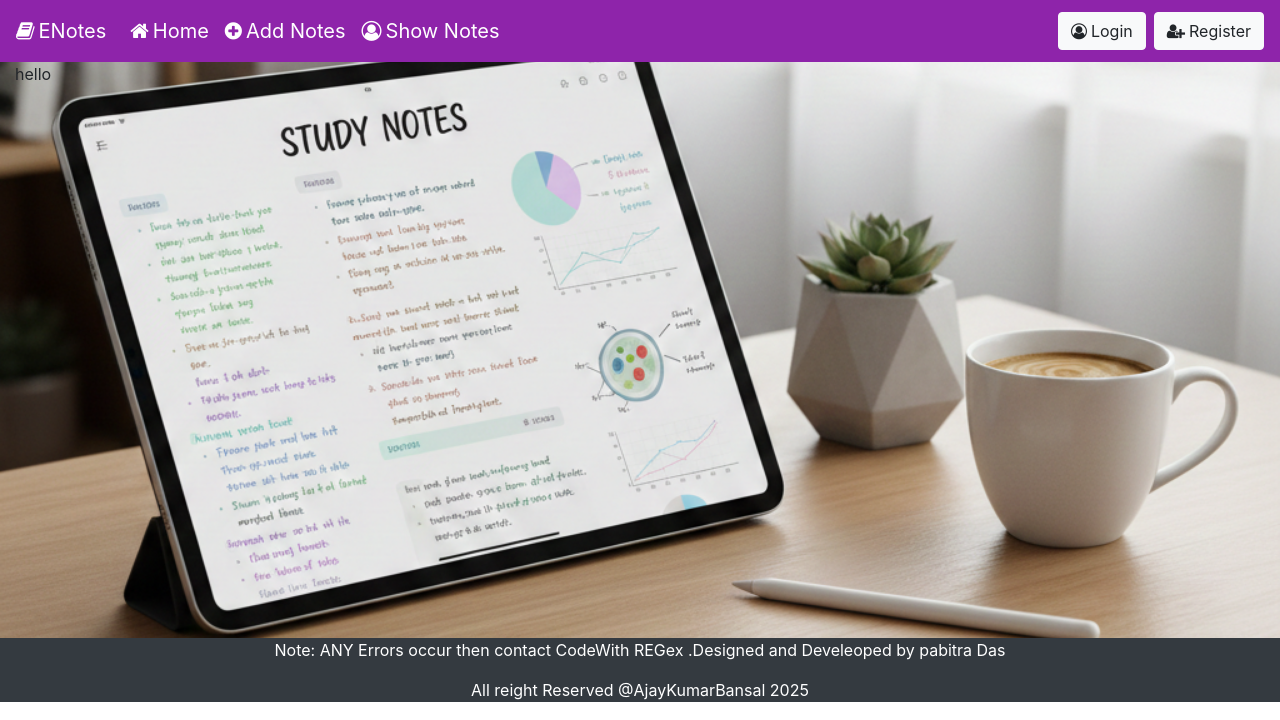
Repository: Bansal140899/eclipse-workspace
Page: http://localhost/ENotesProject/
These files come from the project's save history. The page is drawn as it stood at one moment and after the next save; the edit follows.
The browser window is 1280 px wide. The pictures show the whole page.
The page is served by Tomcat 9.

Above is the page before, as saved 2025-12-21 21:23:26.

After the next save:
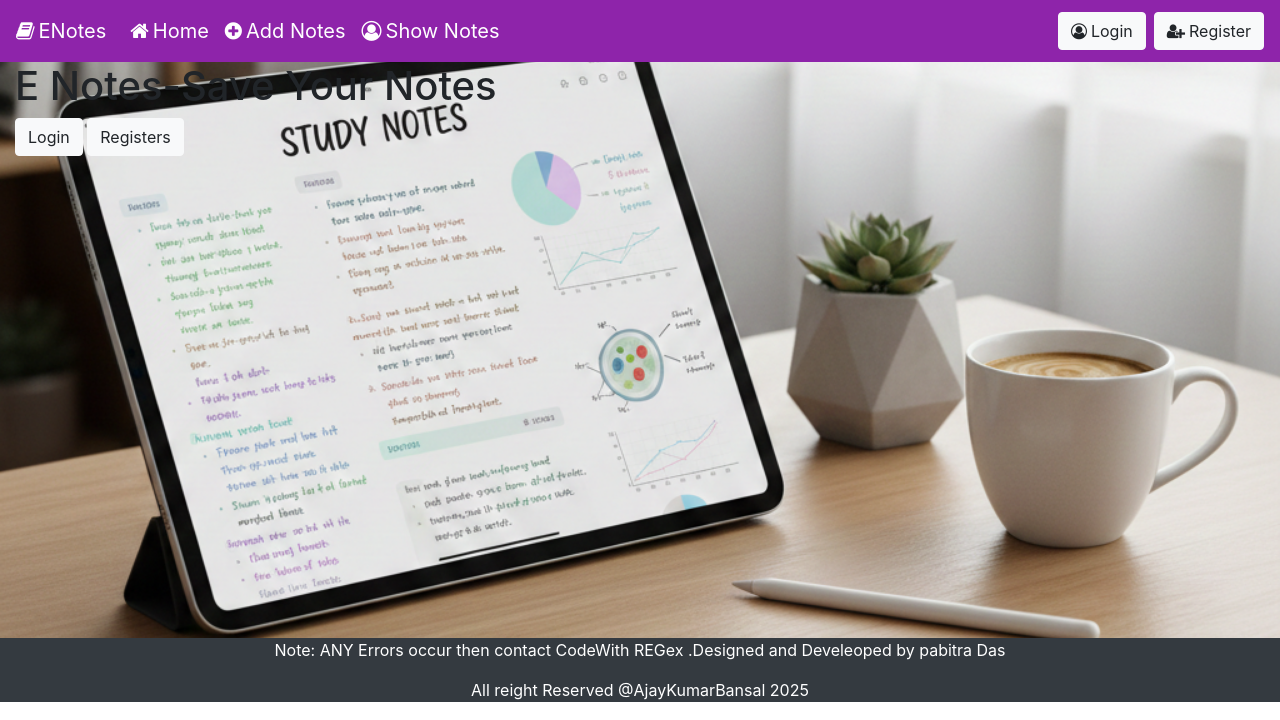
Saved 2 min 12 s later.
--- a/ENotesProject/src/main/webapp/index.jsp
+++ b/ENotesProject/src/main/webapp/index.jsp
@@ -19,7 +19,12 @@ background-repeat: no-repeat;   /* repeat band */
 </head>
 <body>
 	<%@include file="All_Component/navbar.jsp"%>
-	<div class="container-fluid back-img">hello</div>
+	<div class="container-fluid back-img">
+	<h1>E Notes-Save Your Notes</h1>
+    <a href="login.jsp" class="btn btn-light">Login</a>
+	  <a href="register.jsp" class="btn btn-light">Registers</a>
+
+	</div>
 	<%@include file="All_Component/footer.jsp"%>
 
 </body>
